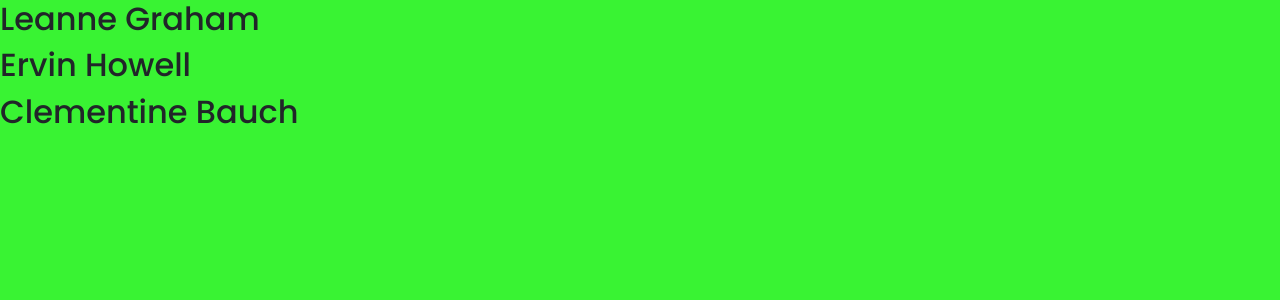
Repository: DeraBola/user-app
Page: /
The author's editor kept a copy of each file at every save. The page is drawn from the files as they stood at one save, then again after a run of saves.
The browser window is 1280 px wide. The pictures show the whole page.
The project was rebuilt for these pictures with package versions that can differ from the ones it lists, and the page was loaded fresh each time.

Above is the page before, as saved 2022-08-04 19:34:20.

### src/index.js
import React from 'react';
import ReactDOM from 'react-dom/client';
import './index.css';
import App from './App';


const root = ReactDOM.createRoot(document.getElementById('root'));
root.render(
  <React.StrictMode>
    <App />
  </React.StrictMode>
);

### src/App.js

 import React, { useState } from "react";
 import "bootstrap/dist/css/bootstrap.min.css"
 import './App.css'
 import UsersList from "../src/components/UsersList";

const App = () => {

const [users, setusers] = useState([
  {
      "id": 1,
      "name": "Leanne Graham",
      "username": "Bret",
      "email": "Sincere@april.biz",
      "address": {
          "street": "Kulas Light",
          "suite": "Apt. 556",
          "city": "Gwenborough",
          "zipcode": "92998-3874",
          "geo": {
              "lat": "-37.3159",
              "lng": "81.1496"
          }
      },
      "phone": "1-770-736-8031 x56442",
      "website": "hildegard.org",
      "company": {
          "name": "Romaguera-Crona",
          "catchPhrase": "Multi-layered client-server neural-net",
          "bs": "harness real-time e-markets"
      }
  },
  {
      "id": 2,
      "name": "Ervin Howell",
      "username": "Antonette",
      "email": "Shanna@melissa.tv",
      "address": {
          "street": "Victor Plains",
          "suite": "Suite 879",
          "city": "Wisokyburgh",
          "zipcode": "90566-7771",
          "geo": {
              "lat": "-43.9509",
              "lng": "-34.4618"
          }
      },
      "phone": "010-692-6593 x09125",
      "website": "anastasia.net",
      "company": {
          "name": "Deckow-Crist",
          "catchPhrase": "Proactive didactic contingency",
          "bs": "synergize scalable supply-chains"
      }
  },
  {
      "id": 3,
      "name": "Clementine Bauch",
      "username": "Samantha",
      "email": "Nathan@yesenia.net",
      "address": {
          "street": "Douglas Extension",
          "suite": "Suite 847",
          "city": "McKenziehaven",
          "zipcode": "59590-4157",
          "geo": {
              "lat": "-68.6102",
              "lng": "-47.0653"
          }
      },
      "phone": "1-463-123-4447",
      "website": "ramiro.info",
      "company": {
          "name": "Romaguera-Jacobson",
          "catchPhrase": "Face to face bifurcated interface",
          "bs": "e-enable strategic applications"
      }
  },]);

  return (
    <div className="App">
    <UsersList users={users} />
    </div>
  )
};

export default App;

### src/App.css
@import url('https://fonts.googleapis.com/css2?family=Manrope:wght@300;400&family=Poppins:wght@300;400;500;600&display=swap');
body {
    font-family: 'Poppins', sans-serif;
    margin: 0;
    padding: 0;
    text-decoration: none;
    list-style-type: none;
    outline: none;
    background: #39f333;
}

### src/components/UsersList.js
import React from "react";

const UsersList = (props) =>{
    return (
        <>
        {props.users.map((user, index) => (
        <div>
            <h2>{user.name}</h2>
        </div>
    ))}
        </>
    );
};

export default UsersList;

Loaded but not shown: public/index.html (common file); src/index.css (common file)

After the next 3 saves:
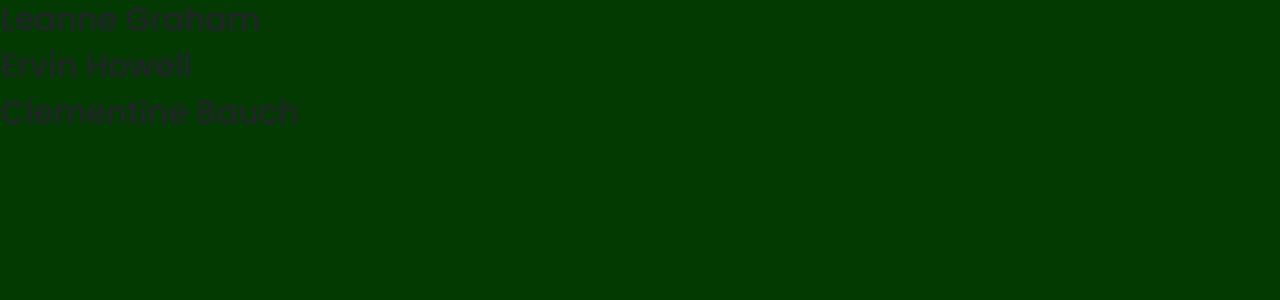
The 3 saves are shown as one change because they came seconds apart.
The last was saved 12 s later.
--- a/src/App.css
+++ b/src/App.css
@@ -6,5 +6,5 @@ body {
     text-decoration: none;
     list-style-type: none;
     outline: none;
-    background: #39f333;
+    background: #033a01;
 }
